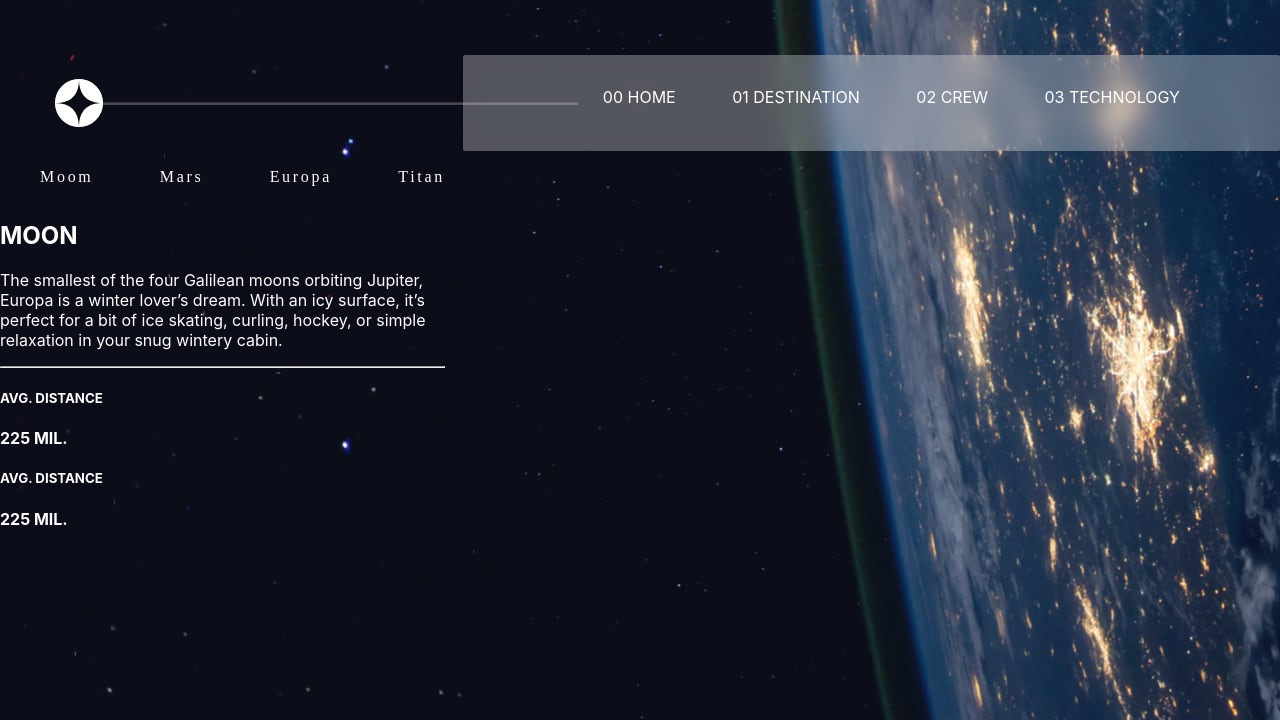
Repository: jhonenmanuel1/FrontEndMentor-MultiPageSpace
Page: /
The author's editor kept a copy of each file at every save. The page is drawn from the files as they stood at one save, then again after the next save.
The browser window is 1280 px wide. The pictures show the whole page.
The project was rebuilt for these pictures with package versions that can differ from the ones it lists, and the page was loaded fresh each time. Also part of the build but not shown: src/views/home.js.

Above is the page before, as saved 2022-06-23 23:00:26.

### src/App.js

import HeaderView from './components/header';
import Destination from './views/destination';
import HomeView from './views/home';


function App() {
  return (
    <div className="App">
      <HeaderView/>
      <Destination/>


    </div>
  );
}

export default App;

### src/components/header.js
import styles from "../styles/header.module.css"

const HeaderView = ()=>{

    return(
        <div className={styles.wraper}>
            <div className={styles.headerLogo}>
            <svg xmlns="http://www.w3.org/2000/svg" width="48" height="48"><g fill="none" fill-rule="evenodd"><circle cx="24" cy="24" r="24" fill="#FFF"/><path fill="#0B0D17" d="M24 0c0 16-8 24-24 24 15.718.114 23.718 8.114 24 24 0-16 8-24 24-24-16 0-24-8-24-24z"/></g></svg>
            </div>
            <div className={styles.headerLine}>
                <hr />
            </div>
            <div className={styles.headerMenu}>
                 <ul>
                    <li> 00 HOME</li>
                    <li> 01 DESTINATION </li>
                    <li> 02 CREW </li>
                    <li className={styles.lastList}> 03 TECHNOLOGY</li>

                </ul>
            </div>

        </div>
    )
}
export default HeaderView;

### src/views/destination.js
import PlanetCardInfo from "../atoms/PlanetCardInfo";

export default function Destination() {
  return (
    <>
      <div className="destinationContainer">
        <div className="planetCard">
          <div className="titlePlanet"></div>
          <div className="planetCardImage"></div>
        </div>
        <div>
            <PlanetCardInfo/>
        </div>
      </div>
    </>
  );
}

### src/styles/header.module.css
.wraper {
    margin-top: 55px;
    display: flex;
    justify-content: space-between;


    background-position: center center;
    background-repeat: no-repeat;
    background-size: cover


}
.headerLogo{
    display: flex;
    justify-content: center;
    align-items: center;


}
.headerLogo svg {
    background-color: aliceblue;
    border-radius: 100%;
    height: 48px;
    width: 48px;
    margin-left: 55px;
}

.headerMenu{
    background-color: rgba(255, 255, 255, 0.3);
    border-radius: 2px;
    text-align: center;
    backdrop-filter: blur(12px);
    -webkit-backdrop-filter: blur(10px);
    width: 830px;
    height: 96px;



}

.headerMenu ul {
    display: flex;
    justify-content:  space-between;
    align-items: center;
    padding-right: 100px;
    margin-left: 100px;
    margin-top: 32px;
    color: white;


}
.headerMenu ul li {
    text-decoration: none;
    list-style: none;

}

.headerLogo{
    color: white;

}
.headerLine {
    display: flex;
    justify-content: center;
    align-items: center;
    margin-right: -9%;
    z-index: 1;

}
.headerLine hr {
    height: 1px;
    background-color: white;
    color: white;
    width: 473px;
    opacity:  25.15%;

}

### src/atoms/PlanetCardInfo.js
import styles from  '../styles/planetcardinfo.module.css'
export default function PlanetCardInfo() {
  return (
    <section section className={styles.planetCardInfoContainer}>
      <div >
        <div className={styles.planetCardHeader}>
          <ul>
            <li>Moom</li>
            <li>Mars</li>
            <li>Europa</li>
            <li>Titan</li>
          </ul>
        </div>
        <div className="planetCardTitle">
          <h1> MOON</h1>
        </div>
        <p>
          The smallest of the four Galilean moons orbiting Jupiter, Europa is a
          winter lover’s dream. With an icy surface, it’s perfect for a bit of
          ice skating, curling, hockey, or simple relaxation in your snug
          wintery cabin.
        </p>
        <hr></hr>
        <div className="planetCardFooter">
          <div>
            <div className="Mini Targets"></div>
          </div>
          <h5>AVG. DISTANCE</h5>
          <h4>225 MIL.</h4>
        </div>
        <div className="planetCardFooter">
          <div>
            <div className="Mini Targets"></div>
          </div>
          <h5>AVG. DISTANCE</h5>
          <h4>225 MIL.</h4>
        </div>
      </div>
    </section>
  );
}

### src/styles/homeview.module.css
body{
    color: white;
    background-image: url("../components/Images/home/background-home-desktop.jpg") ;
}
.containerCard{
    display: flex;
    margin-top: 257px;
    justify-content: center;
    align-items: center;
}
.spaceinfo{
    padding-right: 325px;
}
.homeSpaceTarget{
    max-width: 461.76px;
    display: flex;
    justify-content: center;
    align-items: center;
    margin: 0px;

}

.homeSpaceTargeth3 {
    font-weight: 1;
    font-size: 34px;
    margin: 0px;
}
.homeSpaceTargeth1{

    font-family: 'Bellefair';
    font-style: normal;
    font-weight: 400;
    font-size: 128px;
    line-height: 147px;
    margin: 0px;
}
.homeSpaceTargetp{
    font-size: 18px;
}
.explore{

    margin-bottom: -70px;
}

### src/styles/planetcardinfo.module.css
.planetCardInfoContainer {
  display: flex;
  align-items: center;
  justify-content: center;
  max-width: 445px;
}
.planetCardHeader {
}

.planetCardHeader ul {
  display: flex;
  justify-content: space-between;
  height: 34px;
}
.planetCardHeader ul li {
text-decoration: none;
list-style: none;
top: calc(50% - 19px/2 - 7.5px);

  font-family: "Barlow Condensed";
  font-style: normal;
  font-weight: 400;
  font-size: 16px;
  line-height: 19px;
  letter-spacing: 2.7px;
  width: ;
}

Loaded but not shown: public/index.html (common file); src/index.js (common file); src/index.css (common file); src/reportWebVitals.js (common file)

After the next save:
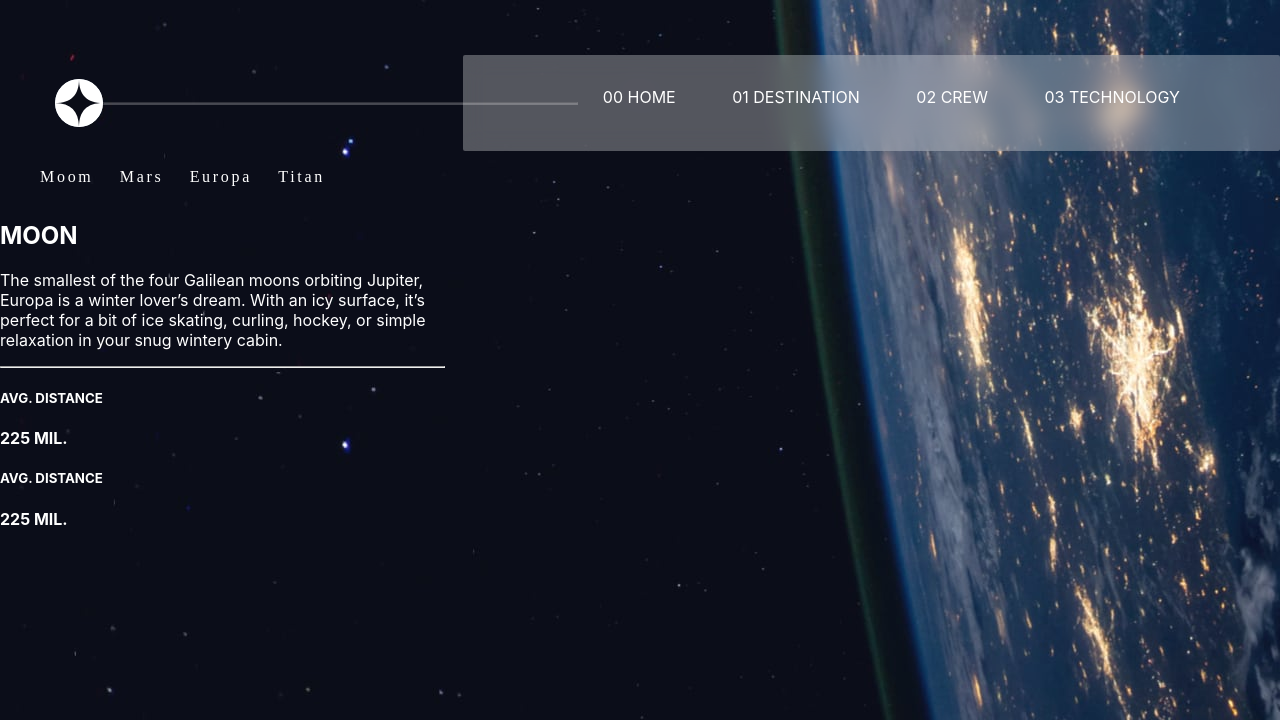
Saved 101 s later.
--- a/src/styles/planetcardinfo.module.css
+++ b/src/styles/planetcardinfo.module.css
@@ -11,6 +11,8 @@
   display: flex;
   justify-content: space-between;
   height: 34px;
+  width:
+  285px;
 }
 .planetCardHeader ul li {
 text-decoration: none;
